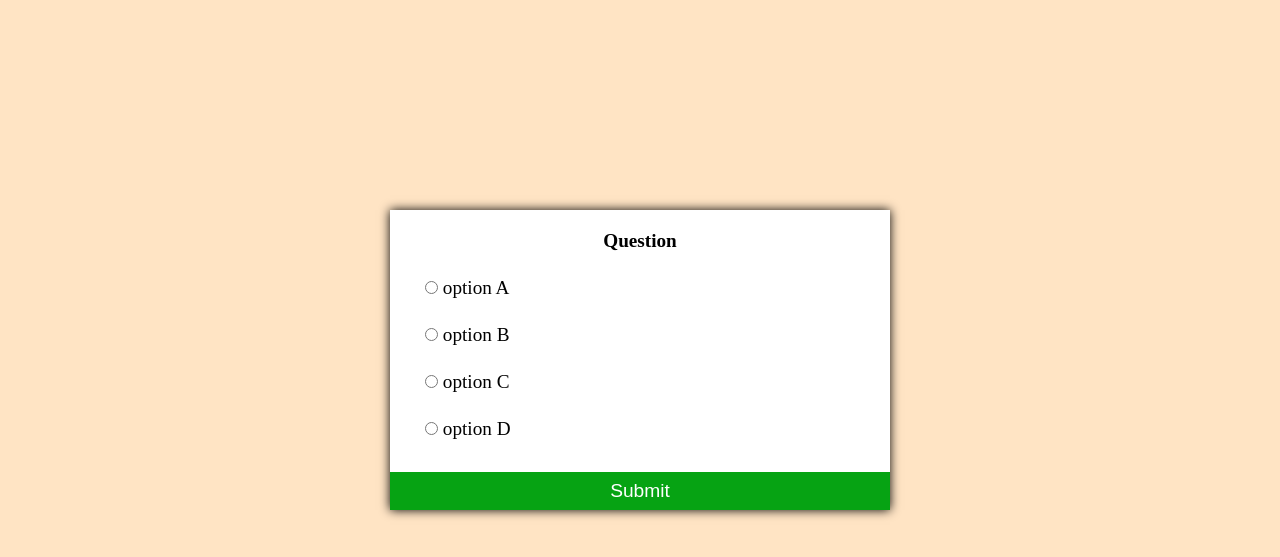
Repository: JunaidAnsari202/Quiz-App
Page: index.html
An editor plug-in stored every save of this project. The page is shown before and after a run of saves, followed by the edit.
The browser window is 1280 px wide. The pictures show the whole page.
The pointer rests on the first visible `#submit`.

Above is the page before, as saved 2024-10-13 19:59:46.

### index.html
<!DOCTYPE html>
<html lang="en">
<head>
    <meta charset="UTF-8">
    <meta name="viewport" content="width=device-width, initial-scale=1.0">
    <title>Quiz app</title>
    <link rel="stylesheet" href="style.css">
</head>
<body>
     <div class="quiz-container">

        <h2 id="quiz-question">
            Question
        </h2>
        <ul>

            <li>
                <input type="radio" class="answer" id="option-a" name="quiz">
                 <label for="option-a" class="text_option_a">option A</label>
                </li>
                 <li>
                    <input type="radio" class="answer" id="option-a"  name="quiz">
                 <label for="option-b" class="text_option_a">option B</label>
                 </li>

                 <li>
                    <input type="radio" class="answer" id="option-a"  name="quiz">
                 <label for="option-c" class="text_option_a">option C</label>
                 </li>

                <li>
                    <input type="radio" class="answer" id="option-a"  name="quiz">
                    <label for="option-d" class="text_option_a">option D</label>
                </li>

        </ul>

        <button id="submit">Submit</button>

     </div>


    <script src="script.js"></script>
</body>
</html>

### style.css
*{
    margin: 0;
    padding: 0;
    box-sizing: border-box;
}

body{
    background-color: bisque;
    display: flex;
    justify-content: center;
    align-items: center;
    height: 100vh;
}

.quiz-container{
    border: 10px;
    box-shadow: 0 0 10px 0 black;
    width: 500px;
    height: 300px;
    background-color: white;
    position: relative;
}

#quiz-question{
    font-size: 1.2rem;
    padding: 20px;
    text-align: center;
}

ul{
    list-style: none;
    margin-left: 30px;
}

li{
    font-size: 1.2rem;
    margin-bottom: 15px;
    padding: 5px;
}

#submit{
    background-color: rgb(6, 163, 19);
    border: none;
    color: white;
    font-size: 1.2rem;
    display: block;
    width: 100%;
    position: absolute;
    bottom: 0;
    left: 0;
    padding: 8px;
    /* box-shadow: 0 0 10px 0 black; */

}

#submit:hover{
    background-color: ;
}

Loaded but not shown: script.js (no copy from this time; the picture is the same without it)

After the next 4 saves:
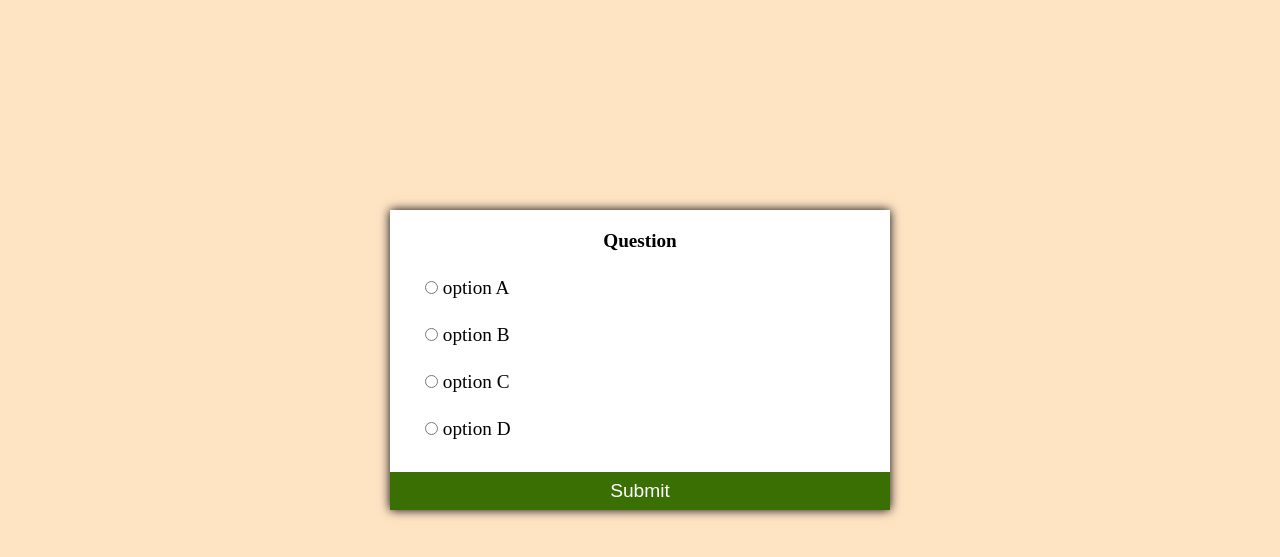
The 4 saves are shown as one change because they came seconds apart.
The last was saved 20 s later.
--- a/style.css
+++ b/style.css
@@ -54,5 +54,5 @@ li{
 }
 
 #submit:hover{
-    background-color: ;
+    background-color: rgb(57, 111, 3);
 }
